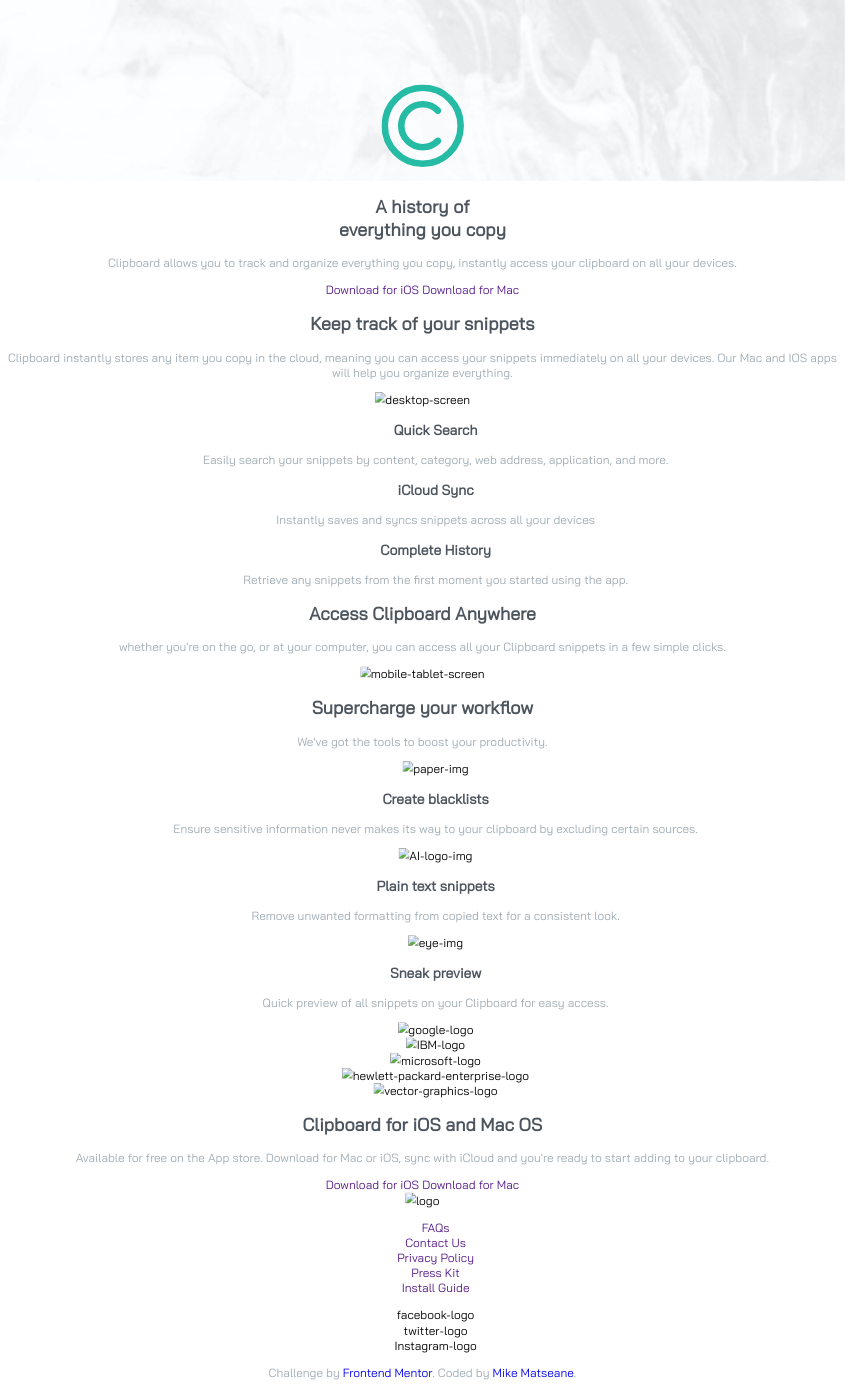
Repository: mikempho/Clipboard-landing-page
Page: index.html
The author's editor kept a copy of each file at every save. The page is drawn from the files as they stood at one save, then again after the next save.
The browser window is 1280 px wide. The pictures show the whole page, at 66% of full size.

Above is the page before, as saved 2022-04-11 10:33:37.

### index.html
<!DOCTYPE html>
<html lang="en">
  <head>
    <meta charset="UTF-8">
    <meta name="viewport" content="width=device-width, initial-scale=1.0"> <!-- displays site properly based on user's device -->

    <link rel="icon" type="image/png" sizes="32x32" href="./images/favicon-32x32.png">
    <link rel="stylesheet" href="/css/style.css">

    <title>Frontend Mentor | Clipboard landing page</title>

  </head>
  <body>
    <header class="header">
      <img class="logo" src="/images/logo.svg" alt="">
    </header>
    <main>
      <section class="hero">
        <h1>A history of <br> everything you copy</h1>
        <p>Clipboard allows you to track and organize everything you copy, instantly access your clipboard on all your devices.</p>
        <div class="buttons">
          <a href="">Download for iOS</a>
          <a href="">Download for Mac</a>
        </div>
      </section>
      <section class="section-1">
        <h2>Keep track of your snippets</h2>
        <p>Clipboard instantly stores any item you copy in the cloud, meaning you can access your snippets immediately on all your devices. Our Mac and IOS apps will help you organize everything.</p>
        <div class="features">
          <img class="feature-img" src="" alt="desktop-screen">
          <ul class="list-of-features">
            <li>
              <h3>Quick Search</h3>
              <p>Easily search your snippets by content, category, web address, application, and more.</p>
            </li>
            <li>
              <h3>iCloud Sync</h3>
              <p>Instantly saves and syncs snippets across all your devices</p>
            </li>
            <li>
              <h3>Complete History</h3>
              <p>Retrieve any snippets from the first moment you started using the app.</p>
            </li>
          </ul>
        </div>
      </section>
      <section class="section-2">
        <h2>Access Clipboard Anywhere</h2>
        <p>whether you're on the go, or at your computer, you can access all your Clipboard snippets in a few simple clicks.</p>
        <img class="mobile-tablet-screen" src="" alt="mobile-tablet-screen">
      </section>
      <section class="section-3">
        <h2>Supercharge your workflow</h2>
        <p>We've got the tools to boost your productivity.</p>
        <div>
          <ul class="list-of-features">
            <li>
              <img src="" alt="paper-img">
              <h3>Create blacklists</h3>
              <p>Ensure sensitive information never makes its way to your clipboard by excluding certain sources.</p>
            </li>
            <li>
              <img src="" alt="AI-logo-img">
              <h3>Plain text snippets</h3>
              <p>Remove unwanted formatting from copied text for a consistent look.</p>
            </li>
            <li>
              <img src="" alt="eye-img">
              <h3>Sneak preview</h3>
              <p>Quick preview of all snippets on your Clipboard for easy access.</p>
            </li>
          </ul>
        </div>
      </section>
      <section class="section-4">
        <ul class="company-logos">
          <li><img src="" alt="google-logo"></li>
          <li><img src="" alt="IBM-logo"></li>
          <li><img src="" alt="microsoft-logo"></li>
          <li><img src="" alt="hewlett-packard-enterprise-logo"></li>
          <li><img src="" alt="vector-graphics-logo"></li>
        </ul>
      </section>
      <section class="section-5">
        <h2>Clipboard for iOS and Mac OS</h2>
        <p>Available for free on the App store. Download for Mac or iOS, sync with iCloud and you're ready to start adding to your clipboard.</p>
        <div class="buttons">
          <a href="">Download for iOS</a>
          <a href="">Download for Mac</a>
        </div>
      </section>
    </main>

    <footer>
      <div class="footer">
        <img src="" alt="logo">
        <ul class="footer-menu">
          <li><a href="">FAQs</a></li>
          <li><a href="">Contact Us</a></li>
          <li><a href="">Privacy Policy</a></li>
          <li><a href="">Press Kit</a></li>
          <li><a href="">Install Guide</a></li>
        </ul>
        <ul class="social-links">
          <li><a href=""></a>facebook-logo</li>
          <li><a href=""></a>twitter-logo</li>
          <li><a href=""></a>Instagram-logo</li>
        </ul>
      </div>
      <p class="attribution">
        Challenge by <a href="https://www.frontendmentor.io?ref=challenge" target="_blank">Frontend Mentor</a>.
        Coded by <a href="#">Mike Matseane</a>.
      </p>
    </footer>
  </body>
</html>

### css/style.css
/* Universal styling */
body {
    margin: 0;
    padding: 0;
    text-align: center;
    Font-size: 18px;
    font-family: Bai-Jamjuree;
}

* {
    list-style: none;
    text-decoration: none;
}

:root {
    /* Primary colors */
    --Strong-Cyan: hsl(171, 66%, 44%);
    --Light-Blue: hsl(233, 100%, 69%);
    /* Neutral colors */
    --Dark-Grayish-Blue: hsl(210, 10%, 33%);
    --Grayish-Blue: hsl(201, 11%, 66%);
    /* Spacing */
    --container-padding: 0 5.6%;
}

@font-face {
    font-family: Bai-Jamjuree;
    src: url(/Assets/Fonts/Bai_Jamjuree/BaiJamjuree-Regular.ttf);
}

h1, h2, h3{
    color: var(--Dark-Grayish-Blue);
}

p {
    color: var(--Grayish-Blue);
}

/* header section */

.header {
    background-image: url(/images/bg-header-mobile.png);
    background-repeat: no-repeat;
    background-size: cover;
}

.logo {
    margin: 8rem 0 1rem 0;
}

/* hero section */
.hero {
    padding: var(--container-padding);
}

After the next save:
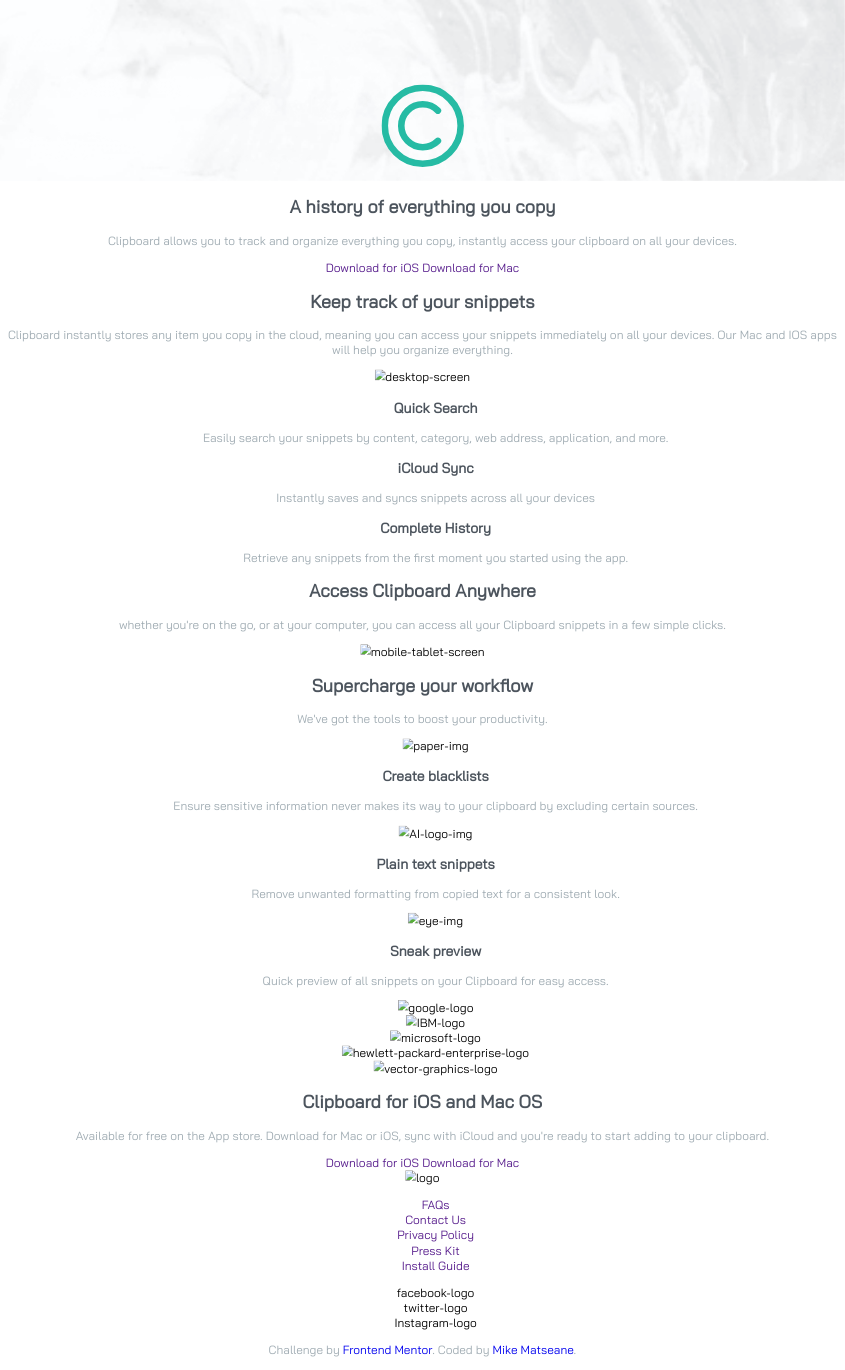
Saved 14 s later.
--- a/index.html
+++ b/index.html
@@ -16,7 +16,7 @@
     </header>
     <main>
       <section class="hero">
-        <h1>A history of <br> everything you copy</h1>
+        <h1>A history of  everything you copy</h1>
         <p>Clipboard allows you to track and organize everything you copy, instantly access your clipboard on all your devices.</p>
         <div class="buttons">
           <a href="">Download for iOS</a>

After the save that followed:
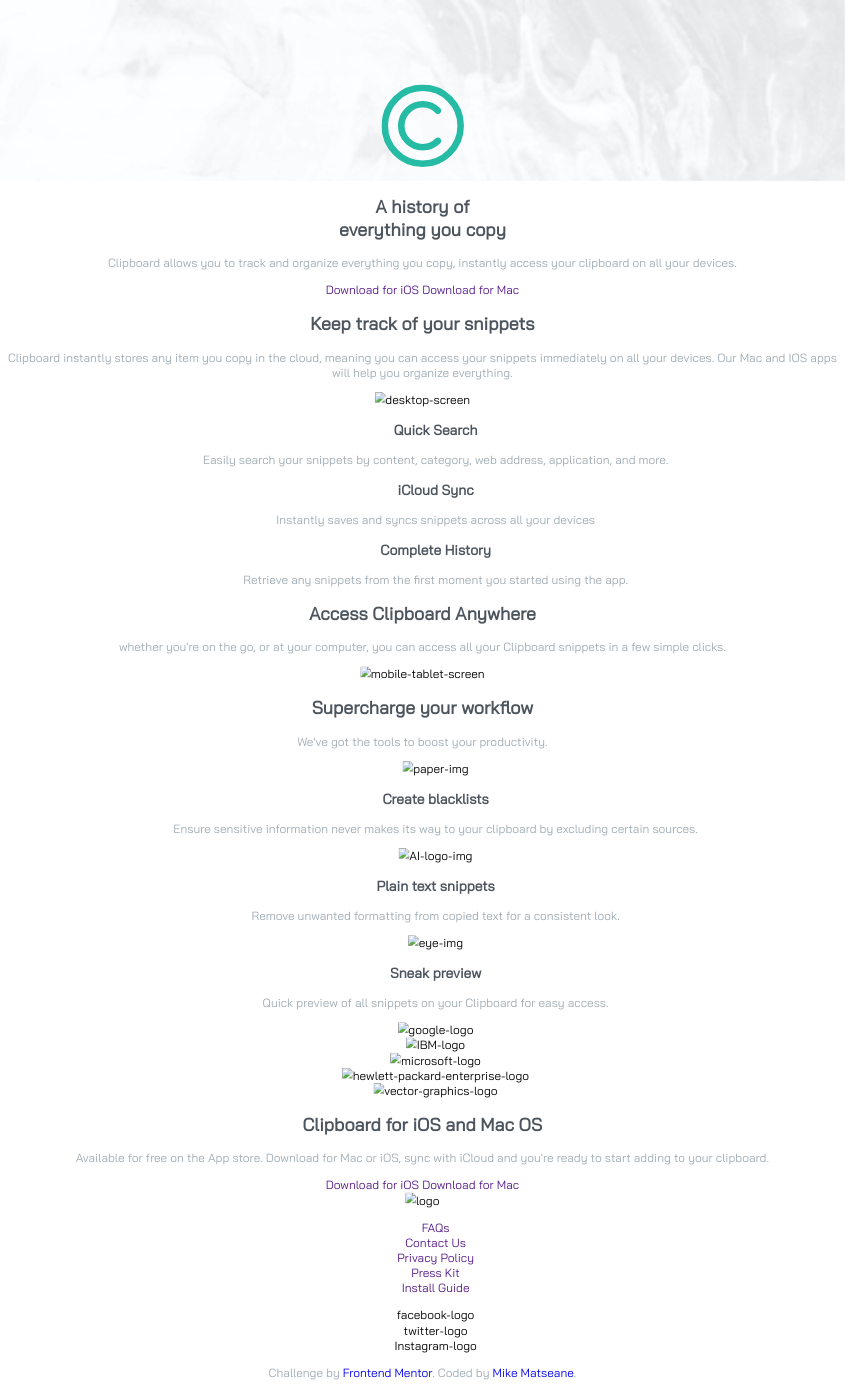
Saved 5 s later.
--- a/index.html
+++ b/index.html
@@ -16,7 +16,7 @@
     </header>
     <main>
       <section class="hero">
-        <h1>A history of  everything you copy</h1>
+        <h1>A history of <br> everything you copy</h1>
         <p>Clipboard allows you to track and organize everything you copy, instantly access your clipboard on all your devices.</p>
         <div class="buttons">
           <a href="">Download for iOS</a>
